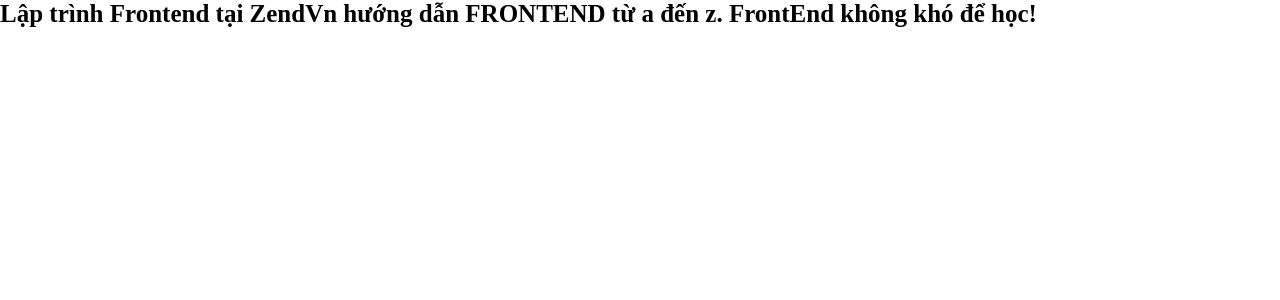
Repository: dinhconglam2306/frontend_tu_xa
Page: B07/Exercise-highlight/01-me/index.html
An editor plug-in stored every save of this project. The page is shown before and after the next save, followed by the edit.
The browser window is 1280 px wide. The pictures show the whole page.

Above is the page before, as saved 2021-04-14 22:22:38.

### B07/Exercise-highlight/01-me/index.html
<!DOCTYPE html>
<html lang="en">
  <head>
    <meta charset="UTF-8" />
    <meta http-equiv="X-UA-Compatible" content="IE=edge" />
    <meta name="viewport" content="width=device-width, initial-scale=1.0" />
    <title>Document</title>
    <link rel="stylesheet" href="css/style.css" />
  </head>
  <body>
    <div class="title">
      Lập trình Frontend tại ZendVn hướng dẫn FRONTEND từ a đến z. FrontEnd
      không khó để học!
    </div>
    <script type="text/javascript" src="js/main.js"></script>
  </body>
</html>

### B07/Exercise-highlight/01-me/css/style.css
* {
  margin: 0;
  padding: 0;
  box-sizing: border-box;
}

.title {
  font-size: 25px;
  font-weight: bold;
}
.light {
  background-color: yellow;
}

### B07/Exercise-highlight/01-me/js/main.js
var highlight = document.getElementsByClassName("title");
var innerText = highlight[0].innerText;
var abc = innerText.replace(
  new RegExp(/frontend/gim),
  "<span class='highlight'>Frontend</span>"
);
console.log(abc);

highlight.innerHTML = abc;

After the next save:
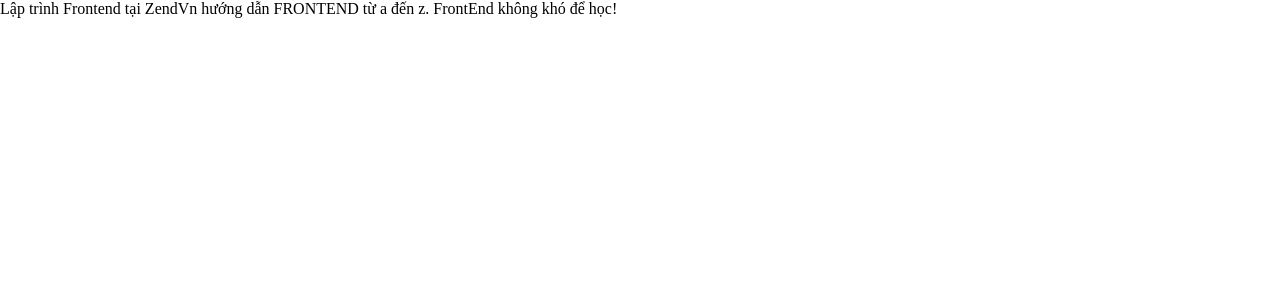
Console error: TypeError: Cannot read properties of undefined (reading 'innerText')
Saved 46 s later.
--- a/B07/Exercise-highlight/01-me/index.html
+++ b/B07/Exercise-highlight/01-me/index.html
@@ -8,7 +8,7 @@
     <link rel="stylesheet" href="css/style.css" />
   </head>
   <body>
-    <div class="title">
+    <div id="box">
       Lập trình Frontend tại ZendVn hướng dẫn FRONTEND từ a đến z. FrontEnd
       không khó để học!
     </div>

After the 3 saves that followed:
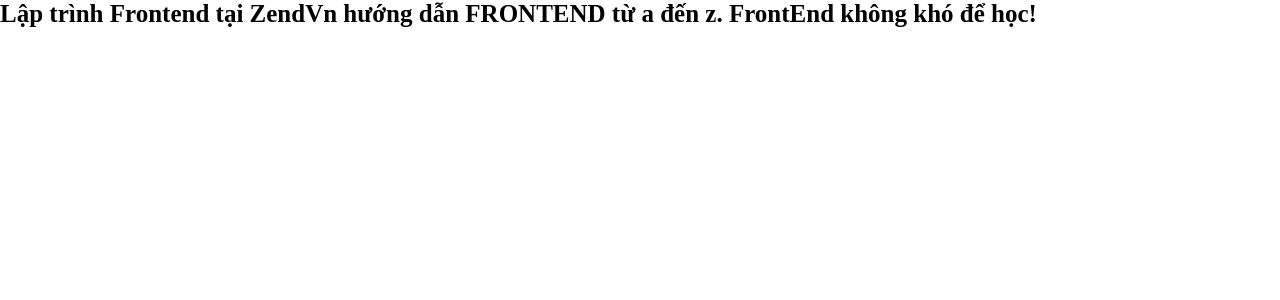
The error is gone.
The 3 saves are shown as one change because 2 left the picture as it was.
The last was saved 58 s later.
--- a/B07/Exercise-highlight/01-me/css/style.css
+++ b/B07/Exercise-highlight/01-me/css/style.css
@@ -4,7 +4,7 @@
   box-sizing: border-box;
 }
 
-.title {
+#box {
   font-size: 25px;
   font-weight: bold;
 }
--- a/B07/Exercise-highlight/01-me/js/main.js
+++ b/B07/Exercise-highlight/01-me/js/main.js
@@ -1,9 +1,12 @@
-var highlight = document.getElementsByClassName("title");
-var innerText = highlight[0].innerText;
-var abc = innerText.replace(
-  new RegExp(/frontend/gim),
-  "<span class='highlight'>Frontend</span>"
-);
-console.log(abc);
+// var highlight = document.getElementsByClassName("title");
+// var innerText = highlight[0].innerText;
+// var abc = innerText.replace(
+//   new RegExp(/frontend/gim),
+//   "<span class='highlight'>Frontend</span>"
+// );
+// console.log(abc);
 
-highlight.innerHTML = abc;
+// highlight.innerHTML = abc;
+
+let elmBox = document.getElementById("box");
+console.log(elmBox);
